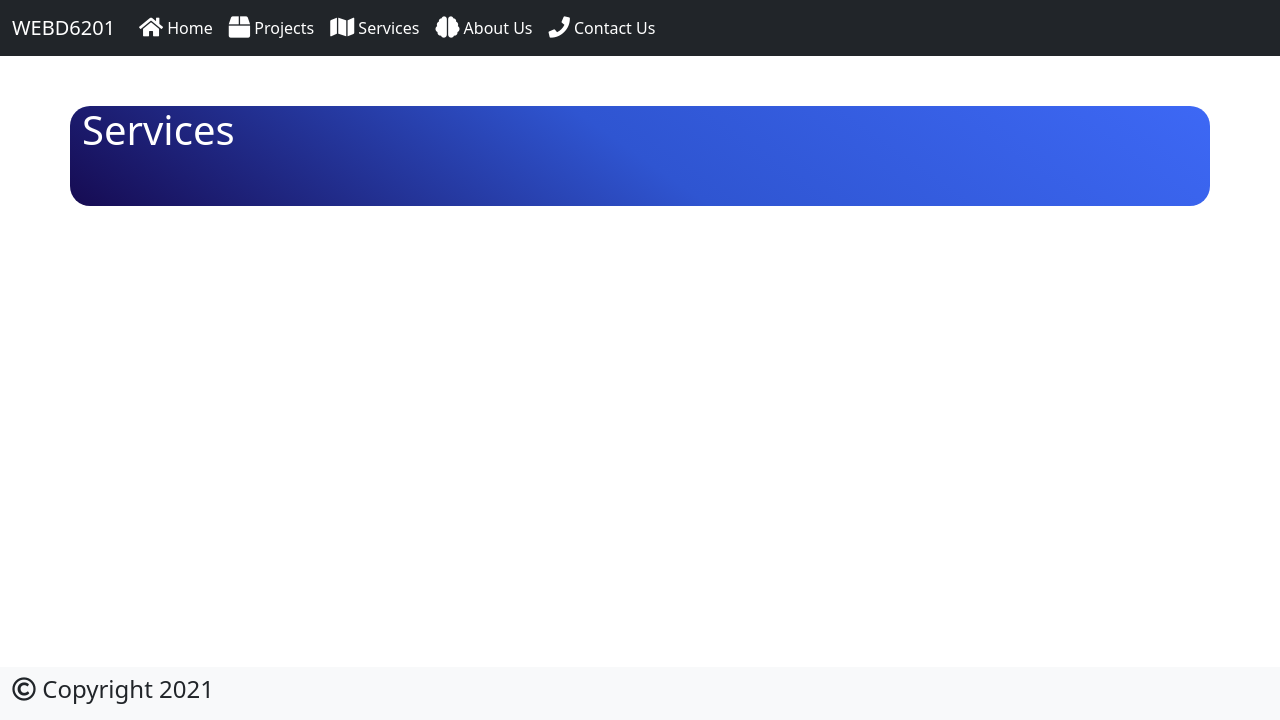
Repository: AshokSasi/WEBD6201-ASasi-JYuan-Lab2
Page: services.html
These files come from the project's save history. The page is drawn as it stood at one moment and after the next save; the edit follows.
The browser window is 1280 px wide. The pictures show the whole page.

Above is the page before, as saved 2021-01-28 20:31:00.

### services.html
<!DOCTYPE html>
<html lang="en">
<head>
    <meta charset="UTF-8">
    <meta name="viewport" content="width=device-width, initial-scale=1.0">
    <title>Services</title>
    <!-- CSS Section-->
    <link rel="stylesheet" href="./Content/app.css">
    <link rel="stylesheet" href="./node_modules/bootstrap/dist/css/bootstrap.min.css">
    <link rel="stylesheet" href="./node_modules/@fortawesome/fontawesome-free/css/all.min.css">
</head>
<body>
   <!-- Main Header -->
   <header>
    <!--main navbar-->
      <nav class="navbar navbar-expand-lg navbar-dark bg-dark">
          <div class="container-fluid">
            <a class="navbar-brand" href="index.html">WEBD6201</a>
            <button class="navbar-toggler" type="button" data-bs-toggle="collapse" data-bs-target="#navbarSupportedContent" aria-controls="navbarSupportedContent" aria-expanded="false" aria-label="Toggle navigation">
              <span class="navbar-toggler-icon"></span>
            </button>
            <div class="collapse navbar-collapse" id="navbarSupportedContent">
              <ul class="navbar-nav me-auto mb-2 mb-lg-0">
                <li class="nav-item">
                  <a class="nav-link active" aria-current="page" href="index.html"><i class="fas fa-home fa-lg"></i> Home</a>
                </li>
                <li class="nav-item">
                  <a class="nav-link active" aria-current="page" href="projects.html"><i class="fas fa-box fa-lg"></i> Projects</a>
                </li>
                <li class="nav-item">
                  <a class="nav-link active" aria-current="page" href="services.html"><i class="fas fa-map fa-lg"></i> Services</a>
                </li>
                <li class="nav-item">
                  <a class="nav-link active" aria-current="page" href="about.html"><i class="fas fa-brain fa-lg"></i> About Us</a>
                </li>
                <li class="nav-item">
                  <a class="nav-link active" aria-current="page" href="contact.html"><i class="fas fa-phone fa-lg"></i> Contact Us</a>
                </li>
              </ul>

            </div>
          </div>
        </nav>
  </header>

    <!-- Main Content-->
    <main class="container">
        <h1>Services</h1>


    </main>

    <!--Main Footer Nav -->
    <footer>
        <nav class="navbar fixed-bottom navbar-light bg-light">
            <div class="container-fluid">
              <h4><i class="far fa-copyright"></i> Copyright 2021</h4>
            </div>
          </nav>
    </footer>

    <!--Javascript section-->
    <script src="./Scripts/app.js"></script>
    <script src="./node_modules/jquery/dist/jquery.min.js"></script>
    <script src="./node_modules/bootstrap/dist/js/bootstrap.bundle.min.js"></script>
</body>
</html>

### Content/app.css
body.bg-image{
    background-image : url('../img/bg-img.png');
    background-repeat: no-repeat;
    background-attachment: fixed;
    background-size: 100% 100%;

}

.container{
    color: white;
    border-radius: 20px;
    width: 70%;
    height: 100px;
    margin: 50px auto;
    background: linear-gradient(35deg,#160b52,#2f55d1,#3d68f5)
  /*  background: linear-gradient(35deg,#160b52,#2f51be)*/
}
h4.footerContent{
    color:white;
}

### Scripts/app.js
/* custom JavaScript goes here */

//IIFE - Immediately Invoked Function Expression
//AKA - Anonymous Self-Executing Function
//Closure - limits scope leak


"use strict";

(function()
{
function displayHome()
{

      // let paragraphOneText = "This is a simple site to demonstrate DOM Manipulation for ICE 1";

        //Different ways to select a paragraph element "paragraph one"
      //  let paragraphOneElement = document.getElementById("paragraphOne");

       // paragraphOneElement.textContent = paragraphOneText;
       // paragraphOneElement.className = "fs-5";

        // step 1. Create an element
     //   let newParagraph = document.createElement("p");
        //step 2. configure element
      //  newParagraph.setAttribute("id", "paragraphTwo");
       // newParagraph.textContent = "...And this is paragraph two";
       // //Step 3. select the parent element
      //  let mainContent = document.getElementsByTagName("main")[0];
        //step 4. Add/insert the element
      //  mainContent.appendChild(newParagraph);

        newParagraph.className = "fs-6";

        //////another way to add an element ///////
        //let paragraphThree =`<p class="fs-7 fw-bold">And this is the Third Paragraph</p>`;
        //mainContent.innerHTML = paragraphThree;

      //  let paragraphDiv = document.createElement("div");
       // let paragraphThree = `<p id="paragraphThree" class="fs-7 fw-bold">And this is the third paragraph</p>`
       // paragraphDiv.innerHTML = paragraphThree;

        //insertion before a node
        //newParagraph.before(paragraphDiv);
      //  newParagraph.after(paragraphDiv);

        //deletions
        //paragraphOneElement.remove();
      //  mainContent.removeChild(paragraphOneElement);

        //Update / modification of an element
        //mainContent.firstElementChild.textContent = "Welcome Home!";

      //  mainContent.innerHTML =
      //  `<h1 id="firstHeading">Welcome to WEBD6201 - Lab 1</h1>
      //  <p id="paragraphOne" class="fs-3 fw-bold">This is my first paragraph</p>`

}
function displayAbout()
{

}
function displayProjects()
{

}
function displayServices()
{

}

function displayContact()
{
    let messageArea = document.getElementById("messageArea");
    messageArea.hidden = true;
    //form validation
    let fullName = document.getElementById("fullName");
        fullName.addEventListener("blur", function()
        {
            if(fullName.value.length < 2)
            {
                fullName.focus();
                fullName.select();
                messageArea.hidden = false;
                messageArea.textContent = "Please enter an appropriate Name";
            }
            else
            {
                messageArea.removeAttribute("class");
                messageArea.hidden = true;
            }
        });


    let sendButton = document.getElementById("sendButton");
    sendButton.addEventListener("click", function(event)
    {
        //event.preventDefault();
        let contact = new Contact(fullName.value, contactNumber.value, emailAddress.value);

        if(contact.serialize())
        {
            localStorage.setItem((localStorage.length + 1).toString(), contact.serialize());
        }

    });
}


    function Start()
    {
        console.log("App Started...");

        switch(document.title)
        {
            case "Home":
                displayHome();
                break;
            case "About":
                displayAbout();
                break;
            case "Projects":
                displayProjects();
                break;
            case "Services":
                displayServices();
                break;
            case "Contact":
                displayContact();
                break;

        }

    }



    window.addEventListener("load", Start);

})();

Loaded but not shown: node_modules/bootstrap/dist/css/bootstrap.min.css (library); node_modules/@fortawesome/fontawesome-free/css/all.min.css (library); node_modules/jquery/dist/jquery.min.js (library); node_modules/bootstrap/dist/js/bootstrap.bundle.min.js (library)

After the next save:
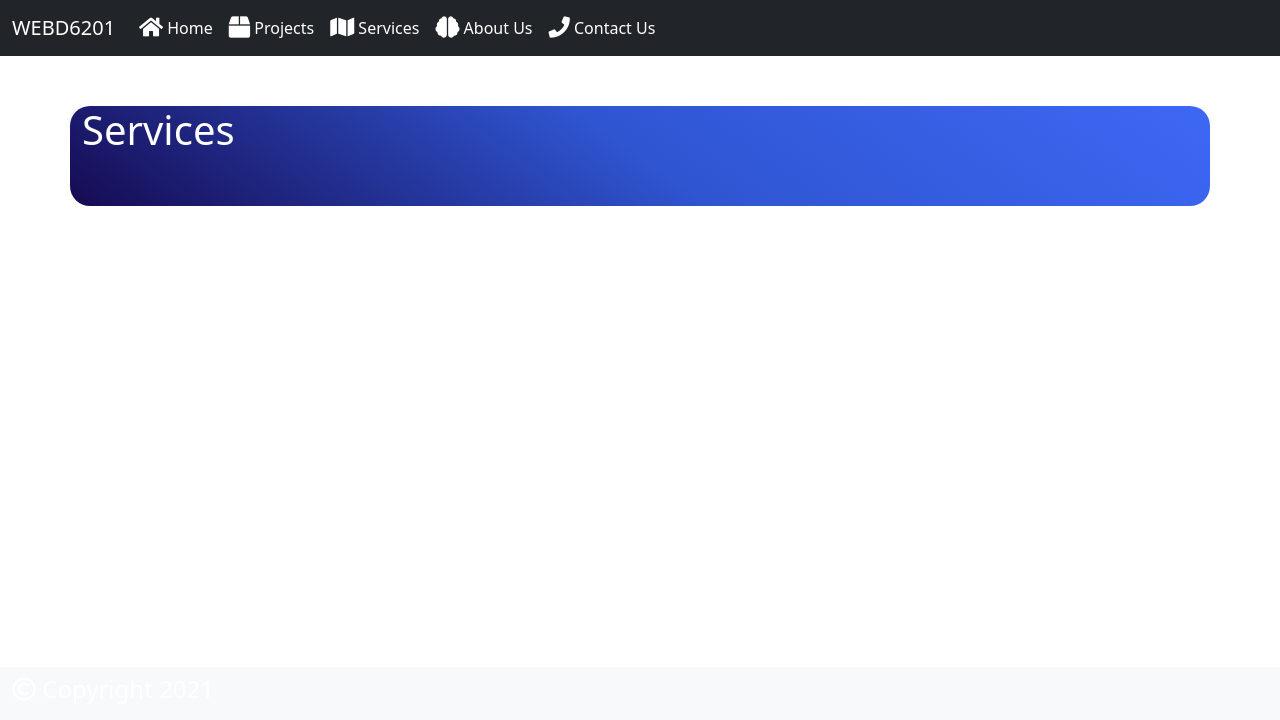
Saved 35 s later.
--- a/Content/app.css
+++ b/Content/app.css
@@ -15,6 +15,6 @@ body.bg-image{
     background: linear-gradient(35deg,#160b52,#2f55d1,#3d68f5)
   /*  background: linear-gradient(35deg,#160b52,#2f51be)*/
 }
-h4.footerContent{
+footer{
     color:white;
 }
